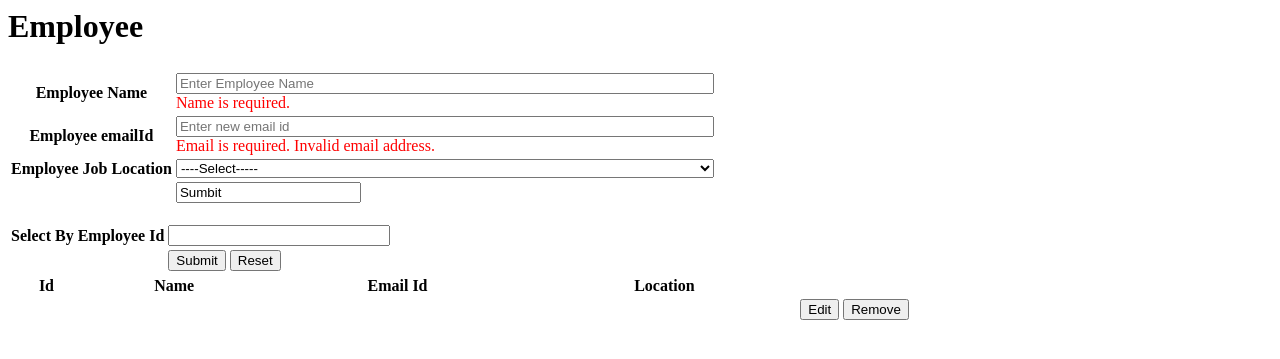
Repository: Dipak27/Dipak-s-front-end
Page: http://localhost/Traning_Management/employeecreate.jsp
The author's editor kept a copy of each file at every save. The page is drawn from the files as they stood at one save, then again after the next save.
The browser window is 1280 px wide. The pictures show the whole page.
The page is served by Tomcat 9. Other server files are loaded and not shown.

Above is the page before, as saved 2016-11-10 09:28:58.

### Training Management Project/Traning_Management/src/main/webapp/employeecreate.jsp
	<!-- CONTENTS START -->

		<div class="container_24" ng-controller="EmployeeController as emp">
			<div class="grid_24">

				<div class="contents">

					<div class="padding_20">
						<h1>Employee</h1>
					</div>
						<div class="grid_6 alpha">

								<div class="padding_20 text-justify">
									<form ng-submit="submit()" name="empfrm">
									<table class="form-table" style="width:auto">


                        					<tr>
                        						<td><input type="hidden" ng-model="emp.employee.emp_id"></td>
                        					</tr>
                        					<tr>
												<th>
														Employee Name
												</th>
												<td>
													<input id="employeename" type="text" required name="emp.employee.emp_name" ng-model="emp.employee.emp_name" style="width:120%" placeholder="Enter Employee Name" value="">
												<span style="color:red" ng-show="empfrm.emp.employee.emp_name.$dirty && empfrm.emp.employee.emp_name.$invalid">
  												<span ng-show="empfrm.emp.employee.emp_name.$error.required">Name is required.</span>
  												</span>
												</td>

											</tr>

												<tr>
												<th>
														Employee emailId
												</th>
												<td>
													<input id="employeeemail" type="text"  required ng-model="emp.employee.emp_email_id" style="width:120%" placeholder="Enter new email id" value=""  />
													<span style="color:red" ng-show="myForm.email.$dirty && myForm.email.$invalid">
<span ng-show="empfrm.email.$error.required">Email is required.</span>
<span ng-show="myForm.email.$error.email">Invalid email address.</span>
</span>
												</td>

											</tr>

										<tr>
											<th>
												Employee Job Location
											</th>
											<td>
												<select id="select1"  class="validate[required]" ng-model="emp.employee.emp_location" style="width:120%"  >
													<option value="null">----Select-----</option>
                                        			<option value="pune">Pune</option>
                                        			<option value="hyderabad">Hyderabad</option>
                                        			<option value="gandhinagar">Gandinagar</option>

												</select>
											</td>
										</tr>

										<tr>
											<th>
												&nbsp;
											</th>
											<td>
												<input ng-disabled="myForm.user.$dirty && myForm.user.$invalid ||
myForm.email.$dirty && myForm.email.$invalid type="submit" value="Sumbit"  />
											</td>
										</tr>

									</table>
								</form>
							</div>

						</div>

						<div class="grid_28 omega">

							<div class="padding_20 text-justify" ng-controller="">
								<form id="frmMain"  class="frmMain" ng-submit="submitsearch()">
									<table class="form-table" style="width:auto">

											<tr>
												<th>
													Select By Employee Id
												</th>
												<td><input type="text" class="validate[required]"  ng-model="emp.employee.emp_id" style="width:120%" value=""></td>

											</tr>

										<tr>
											<th>
												&nbsp;
											</th>
											<td>
												<input id= "Submit1" type="submit" value="Submit"/>
												<input id="Reset1" type="reset" value="Reset" onclick="this.form.clear();" />
										</td>
										</tr>


												<table border='0' width='100%' class='table11'>
												<tr>
														<th>Id</th>
														<th>Name</th>
														<th>Email Id</th>
														<th>Location</th>


												</tr>


													<tr ng-repeat="e in emp.employees">

														<td><span ng-bind="e.emp_id"></span></td>
							                              <td><span ng-bind="e.emp_name"></span></td>
							                              <td><span ng-bind="e.emp_email_id"></span></td>
							                              <td><span ng-bind="e.emp_location"></span></td>
							                              <td>
							                              <button type="button" ng-click="emp.edit(e.emp_id)" >Edit</button>
							                              <button type="button" ng-click="emp.remove(e.emp_id)">Remove</button>
							                              </td>


														</tr>

												     </table>

									</table>
								</form>
							</div>

						</div>


					<div class="clear"></div>
				</div>
			</div>
		</div>
		<div class="clear"> </div>

		<!-- CONTENTS END -->

After the next save:
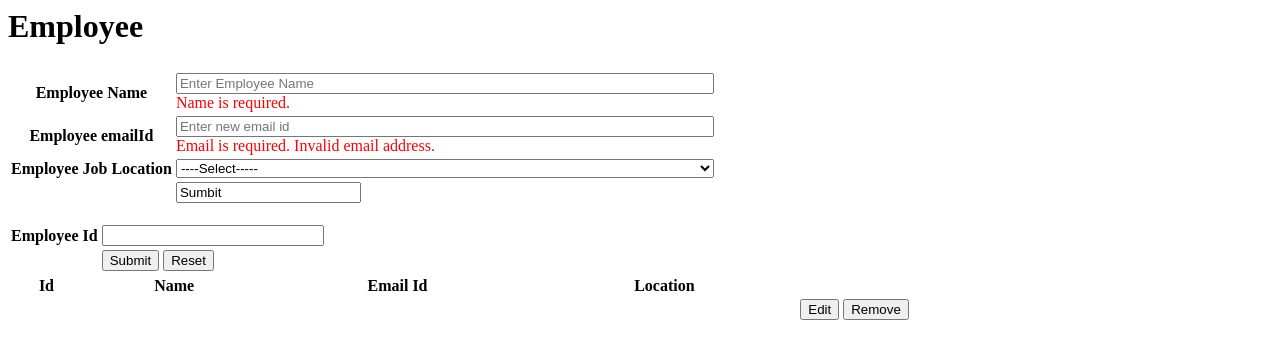
Saved 48 s later.
--- a/Training Management Project/Traning_Management/src/main/webapp/employeecreate.jsp
+++ b/Training Management Project/Traning_Management/src/main/webapp/employeecreate.jsp
@@ -84,7 +84,7 @@ myForm.email.$dirty && myForm.email.$invalid type="submit" value="Sumbit"  />
 
 											<tr>
 												<th>
-													Select By Employee Id
+													Employee Id
 												</th>
 												<td><input type="text" class="validate[required]"  ng-model="emp.employee.emp_id" style="width:120%" value=""></td>
 
